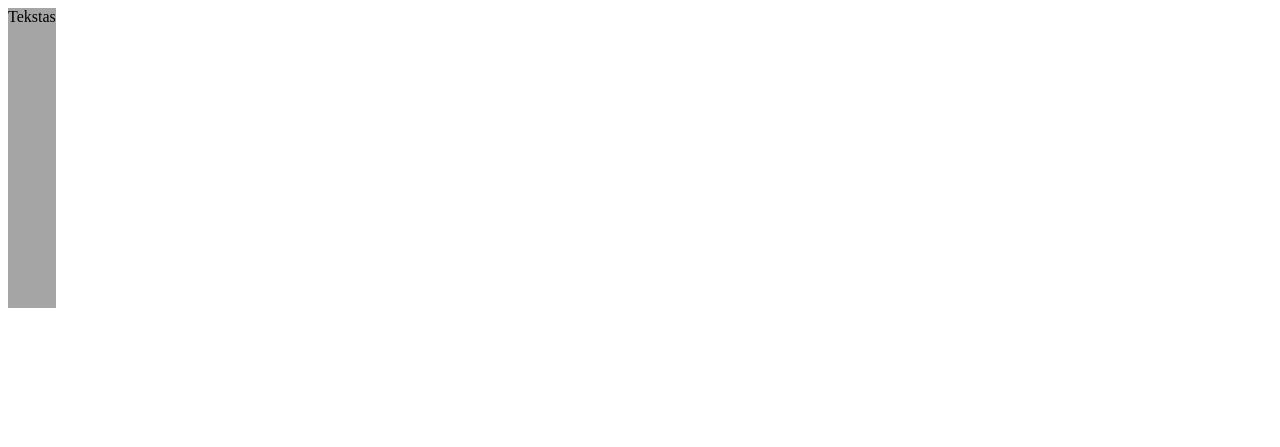
Repository: motiejus1/13-paskaita-05.31
Page: index.html
The author's editor kept a copy of each file at every save. The page is drawn from the files as they stood at one save, then again after the next save.
The browser window is 1280 px wide. The pictures show the whole page.

Above is the page before, as saved 2021-06-21 18:54:35.

### index.html
<!DOCTYPE html>
<html lang="en">
<head>
    <meta charset="UTF-8">
    <meta http-equiv="X-UA-Compatible" content="IE=edge">
    <meta name="viewport" content="width=device-width, initial-scale=1.0">
    <title>13 paskaita</title>
    <style>
        .container {
            height: 300px;
            background-color: rgb(165, 165, 165) ;
            position: absolute;
        }

        .container1 {
            height: 400px;

        }
    </style>


</head>

<body>
<!-- position relative ir position absolute -->

<div class="container">
Tekstas
</div>

<div class="container1">
    Tekstas
</div>

</body>
</html>

After the next save:
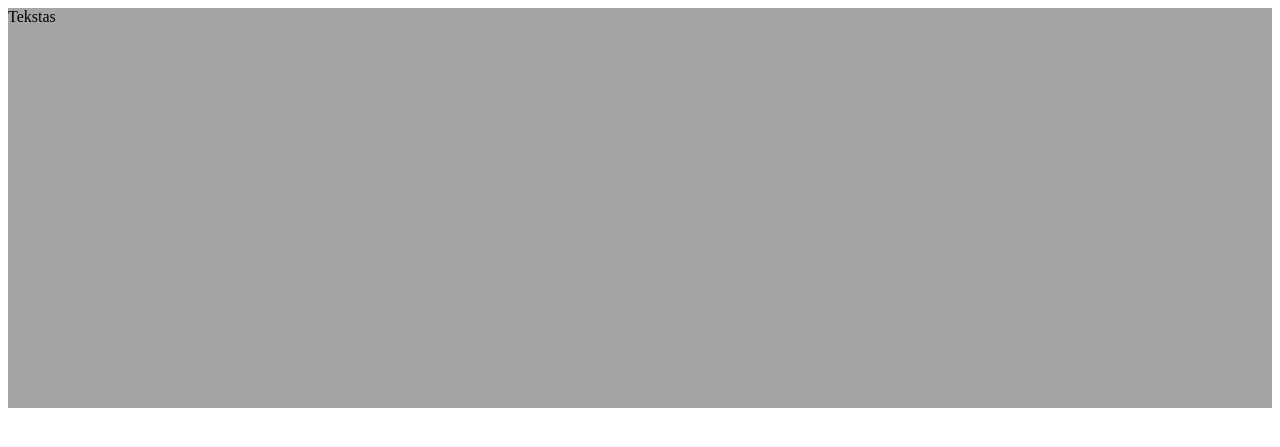
Saved 5 s later.
--- a/index.html
+++ b/index.html
@@ -14,7 +14,7 @@
 
         .container1 {
             height: 400px;
-
+            background-color: rgb(165, 165, 165) ;
         }
     </style>
 
